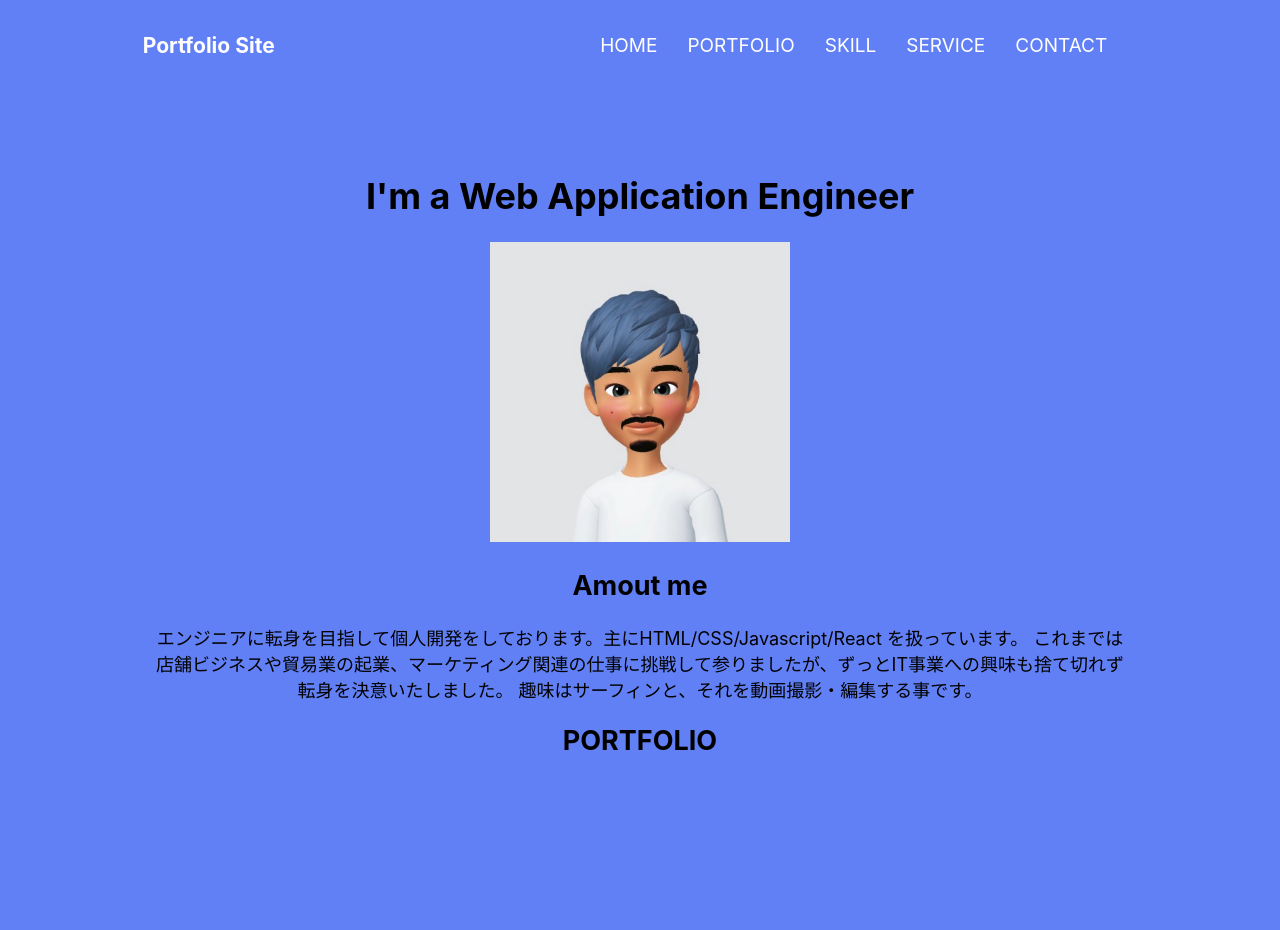
Repository: Seiya00002/my-portfolio-website2
Page: /
The author's editor kept a copy of each file at every save. The page is drawn from the files as they stood at one save, then again after the next save.
The browser window is 1280 px wide. The pictures show the whole page.
The project was rebuilt for these pictures with package versions that can differ from the ones it lists, and the page was loaded fresh each time.

Above is the page before, as saved 2023-09-22 16:52:26.

After the next save:
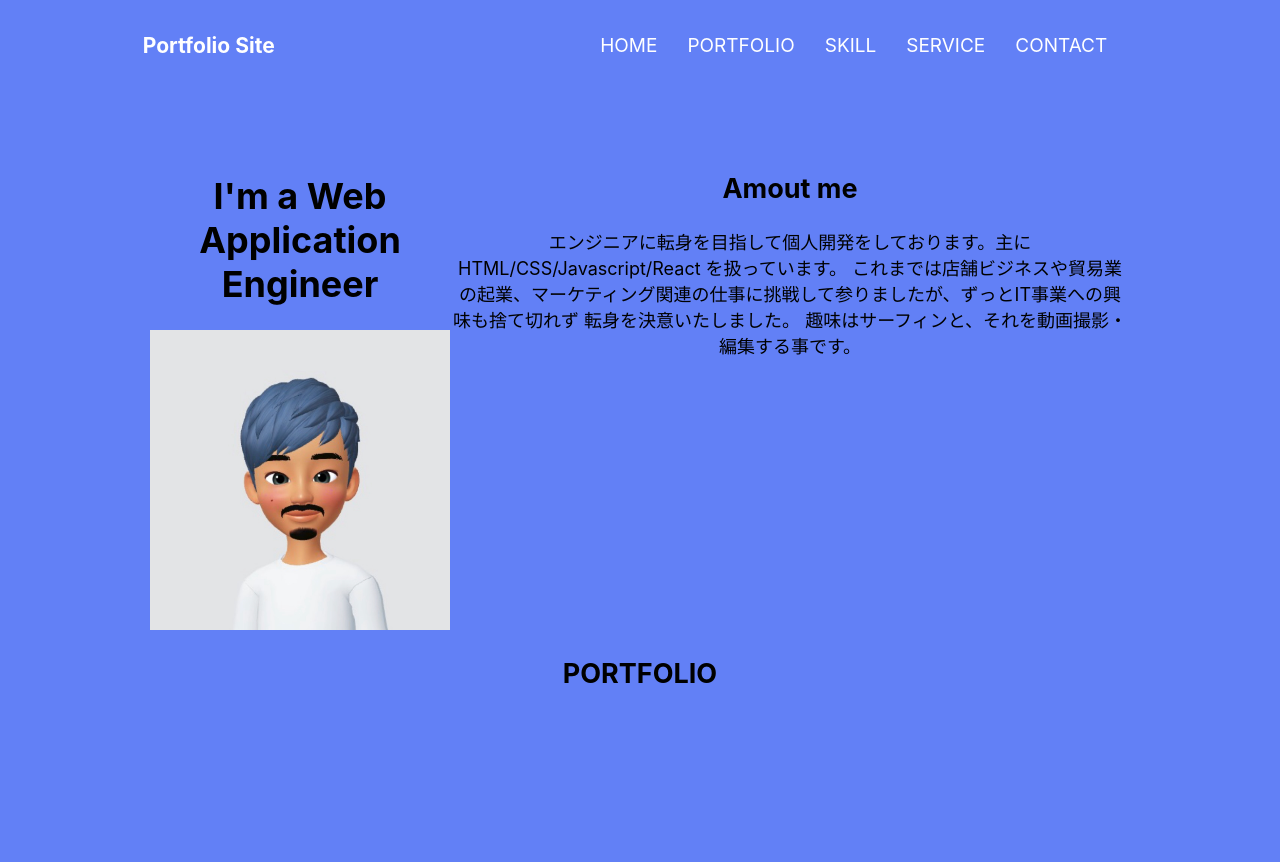
Saved 53 s later.
--- a/src/App.css
+++ b/src/App.css
@@ -37,6 +37,10 @@
   padding: 150px;
 }
 
+#top {
+  display: flex;
+}
+
 .top img {
   height: 300px;
   width: 300px;
